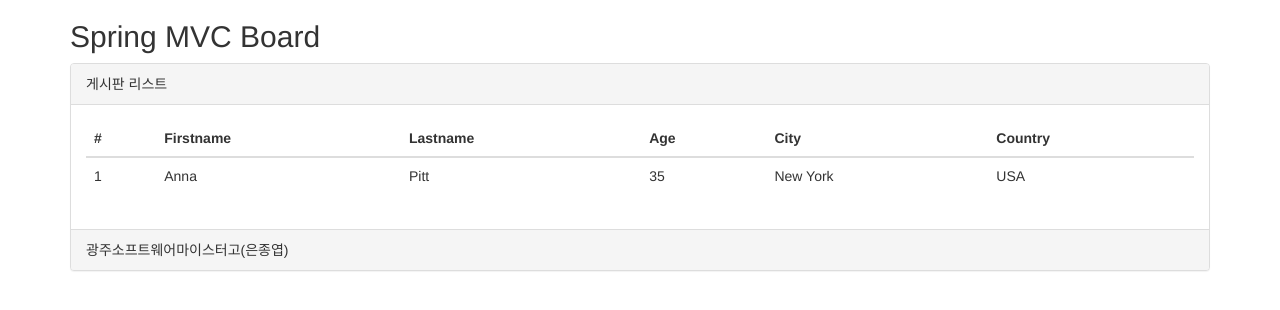
Repository: eunjongyeop/mvcSpring
Page: http://localhost/springMVC02/WEB-INF/views/boardList.jsp
The author's editor kept a copy of each file at every save. The page is drawn from the files as they stood at one save, then again after the next save.
The browser window is 1280 px wide. The pictures show the whole page.
The page is served by Tomcat 9. Nobody is signed in. The template is opened directly, without the code that normally fills it, so the values that code supplies are empty.

Above is the page before, as saved 2021-06-22 05:46:48.

After the next save:
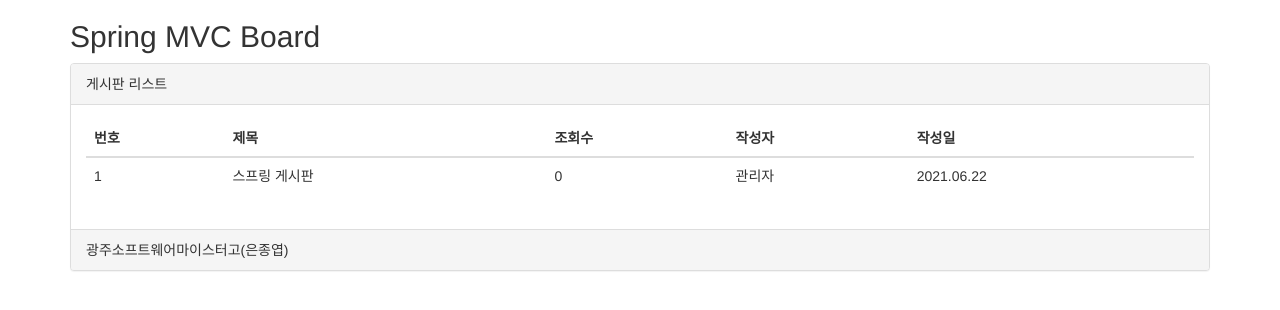
Saved 2 min 2 s later.
--- a/springMVC02/src/main/webapp/WEB-INF/views/boardList.jsp
+++ b/springMVC02/src/main/webapp/WEB-INF/views/boardList.jsp
@@ -21,22 +21,20 @@
 	    <table class="table">
 	      <thead>
 	        <tr>
-	          <th>#</th>
-	          <th>Firstname</th>
-	          <th>Lastname</th>
-	          <th>Age</th>
-	          <th>City</th>
-	          <th>Country</th>
+	          <th>번호</th>
+	          <th>제목</th>
+	          <th>조회수</th>
+	          <th>작성자</th>
+	          <th>작성일</th>
 	        </tr>
 	      </thead>
 	      <tbody>
 	        <tr>
 	          <td>1</td>
-	          <td>Anna</td>
-              <td>Pitt</td>
-	          <td>35</td>
-	          <td>New York</td>
-	          <td>USA</td>
+	          <td>스프링 게시판</td>
+              <td>0</td>
+	          <td>관리자</td>
+	          <td>2021.06.22</td>
 	        </tr>
 	      </tbody>
 	    </table>
